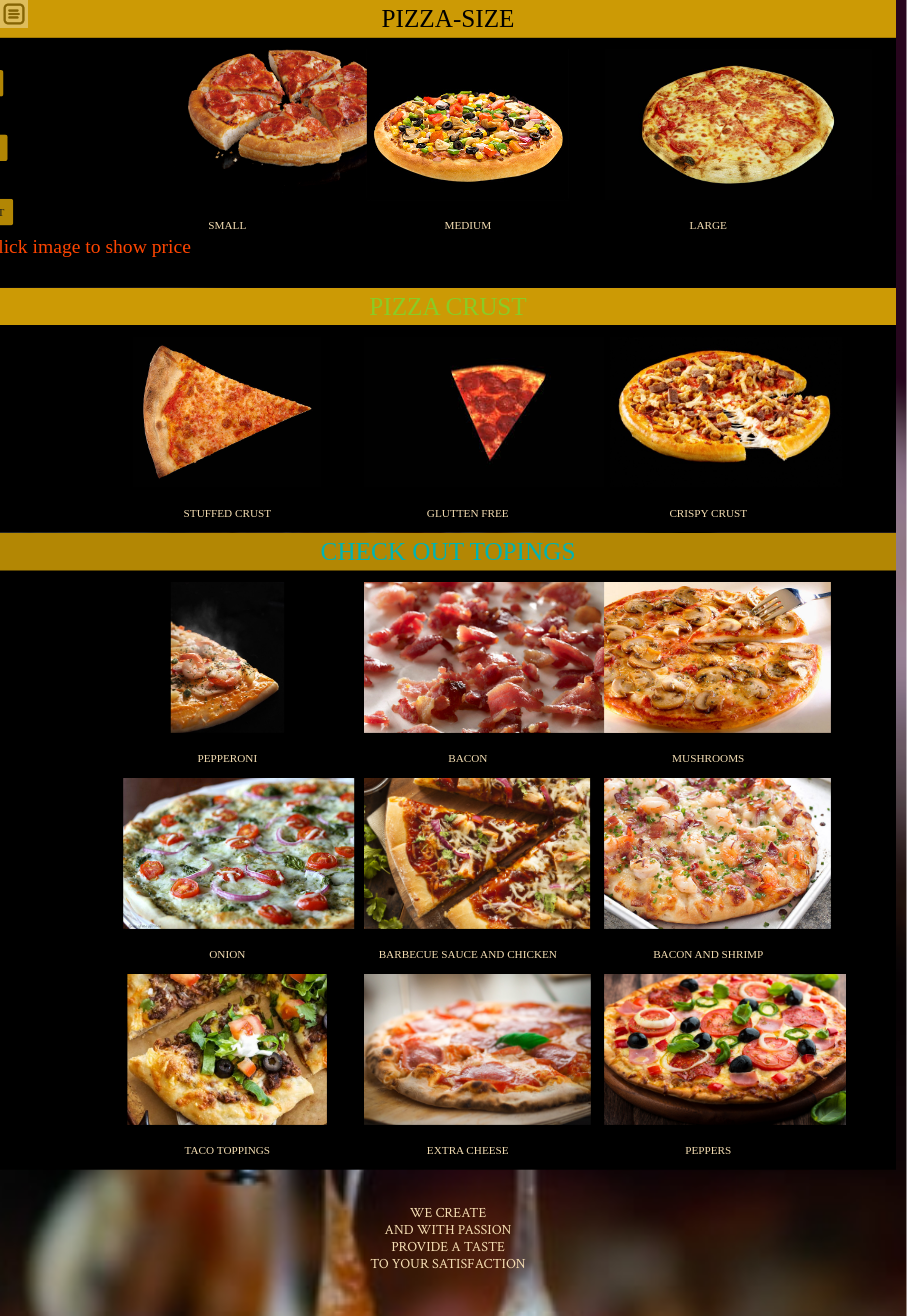
Repository: alexmwaura/MOREO--PIZZA-IP4
Page: mine.html
An editor plug-in stored every save of this project. The page is shown before and after the next save, followed by the edit.
The browser window is 1280 px wide. The page is 1303 px wide, so the pictures cover 1303 px, including what lies to the right of the window. The pictures show the part of the page from y = 0 to 1880 px (the page is 3153 px tall), at 70% of full size.
Some web fonts or font styles are not loaded; a fallback is used.

Above is the page before, as saved 2019-09-01 17:45:45.

After the next save:
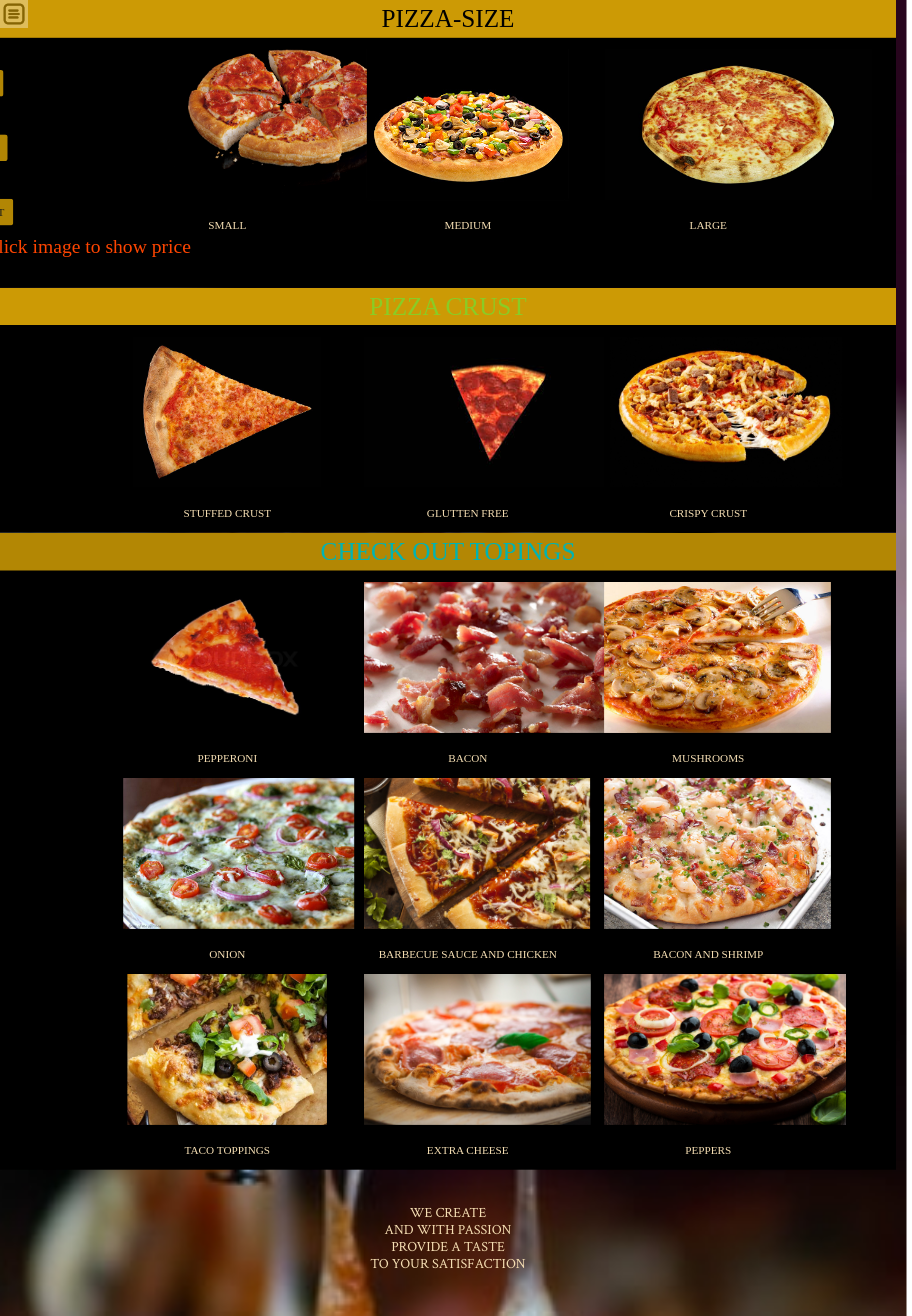
Saved 10 s later.
--- a/mine.html
+++ b/mine.html
@@ -253,7 +253,7 @@
 
                     <div class="col-lg-3 col-md-3 col-sm-3">
                         <div id="work4">
-                            <img src="./IMAGES/pepporoni4.jpg" alt="" class="img-fluid-4"><br><br>
+                            <img src="./IMAGES/pepporoni3.jpg" alt="" class="img-fluid-4"><br><br>
 
                             <div class="overlay">
                                 <div class="line">
